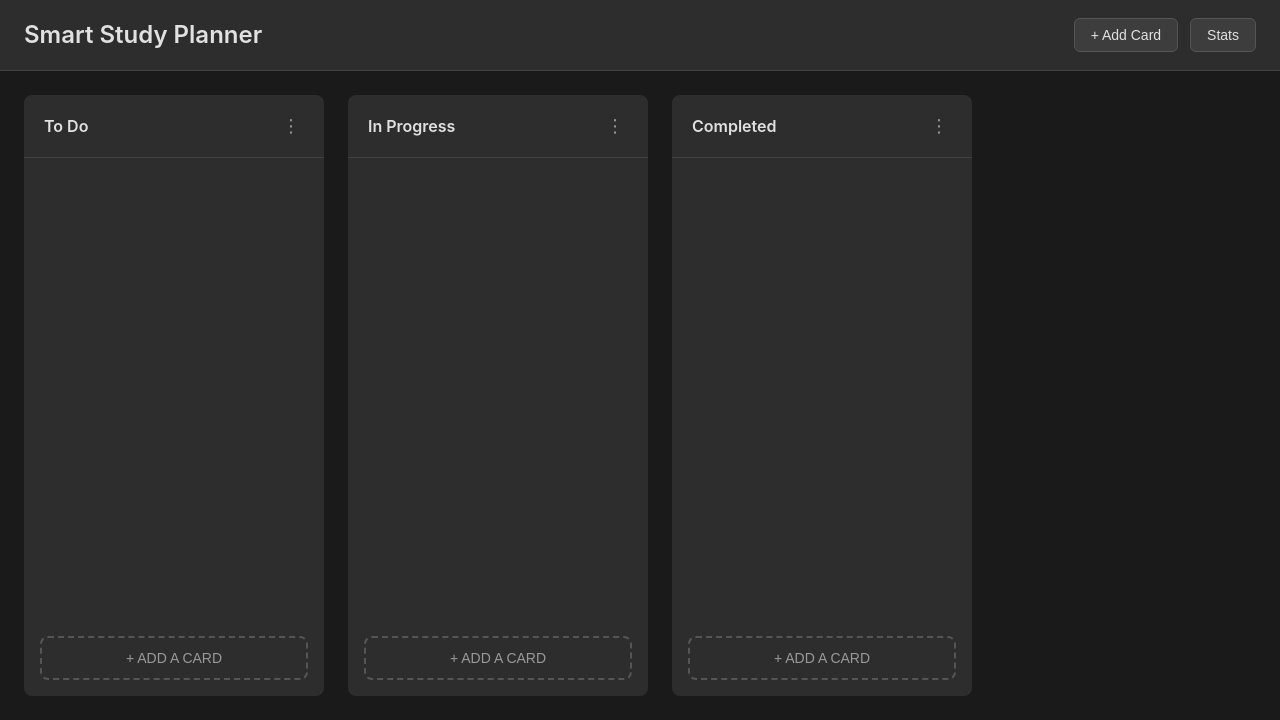
Repository: P7XCKD/edunetwebdev
Page: index.html
An editor plug-in stored every save of this project. The page is shown before and after the next save, followed by the edit.
The browser window is 1280 px wide. The pictures show the whole page.

Above is the page before, as saved 2025-09-10 17:36:28.

After the next save:
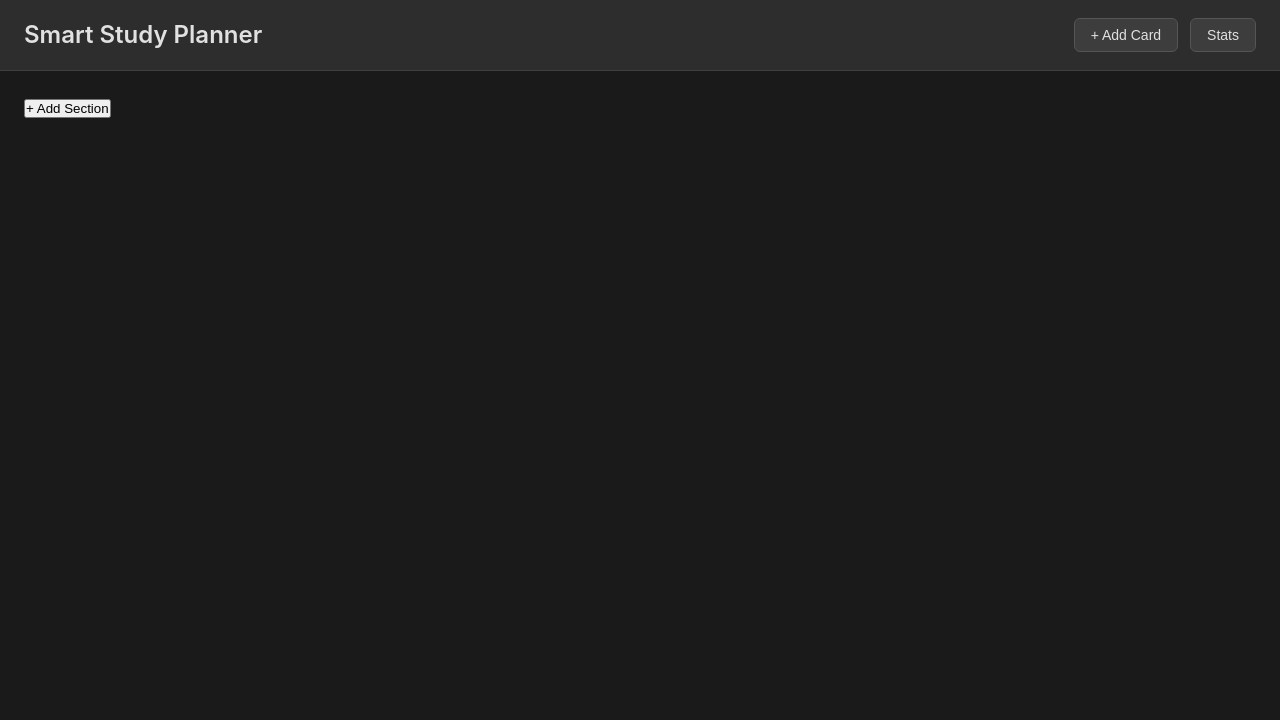
Console error: TypeError: Cannot read properties of null (reading 'querySelectorAll')
Saved 14 min 12 s later.
--- a/index.html
+++ b/index.html
@@ -16,35 +16,10 @@
             </div>
         </header>
 
-        <main class="kanban-board">
-            <div class="board-column" data-status="todo">
-                <div class="column-header">
-                    <h3>To Do</h3>
-                    <button class="column-menu-btn">⋮</button>
-                </div>
-                <div class="column-content" id="todoColumn">
-                    <button class="add-card-column-btn" data-status="todo">+ ADD A CARD</button>
-                </div>
-            </div>
-
-            <div class="board-column" data-status="in-progress">
-                <div class="column-header">
-                    <h3>In Progress</h3>
-                    <button class="column-menu-btn">⋮</button>
-                </div>
-                <div class="column-content" id="inProgressColumn">
-                    <button class="add-card-column-btn" data-status="in-progress">+ ADD A CARD</button>
-                </div>
-            </div>
-
-            <div class="board-column" data-status="completed">
-                <div class="column-header">
-                    <h3>Completed</h3>
-                    <button class="column-menu-btn">⋮</button>
-                </div>
-                <div class="column-content" id="completedColumn">
-                    <button class="add-card-column-btn" data-status="completed">+ ADD A CARD</button>
-                </div>
+        <main class="kanban-board" id="kanbanBoard">
+            <!-- Columns will be dynamically generated -->
+            <div class="add-column-section">
+                <button class="add-column-btn" id="addColumnBtn">+ Add Section</button>
             </div>
         </main>
     </div>
